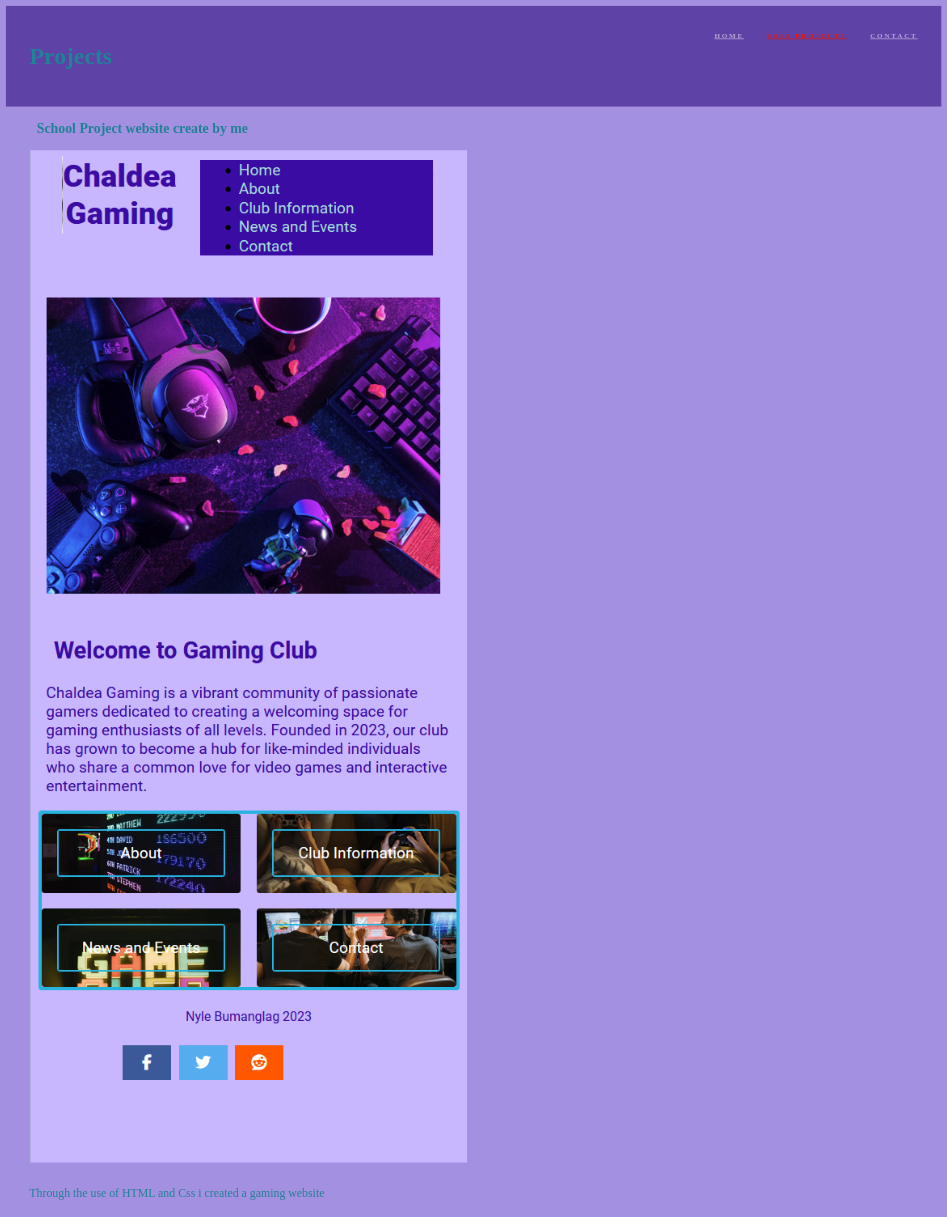
Repository: NyleNC/main
Page: projects.html
These files come from the project's save history. The page is drawn as it stood at one moment and after a run of saves; the edit follows.
The browser window is 1280 px wide. The pictures show the whole page, at 74% of full size.

Above is the page before, as saved 2024-11-07 00:40:34.

After the next 2 saves:
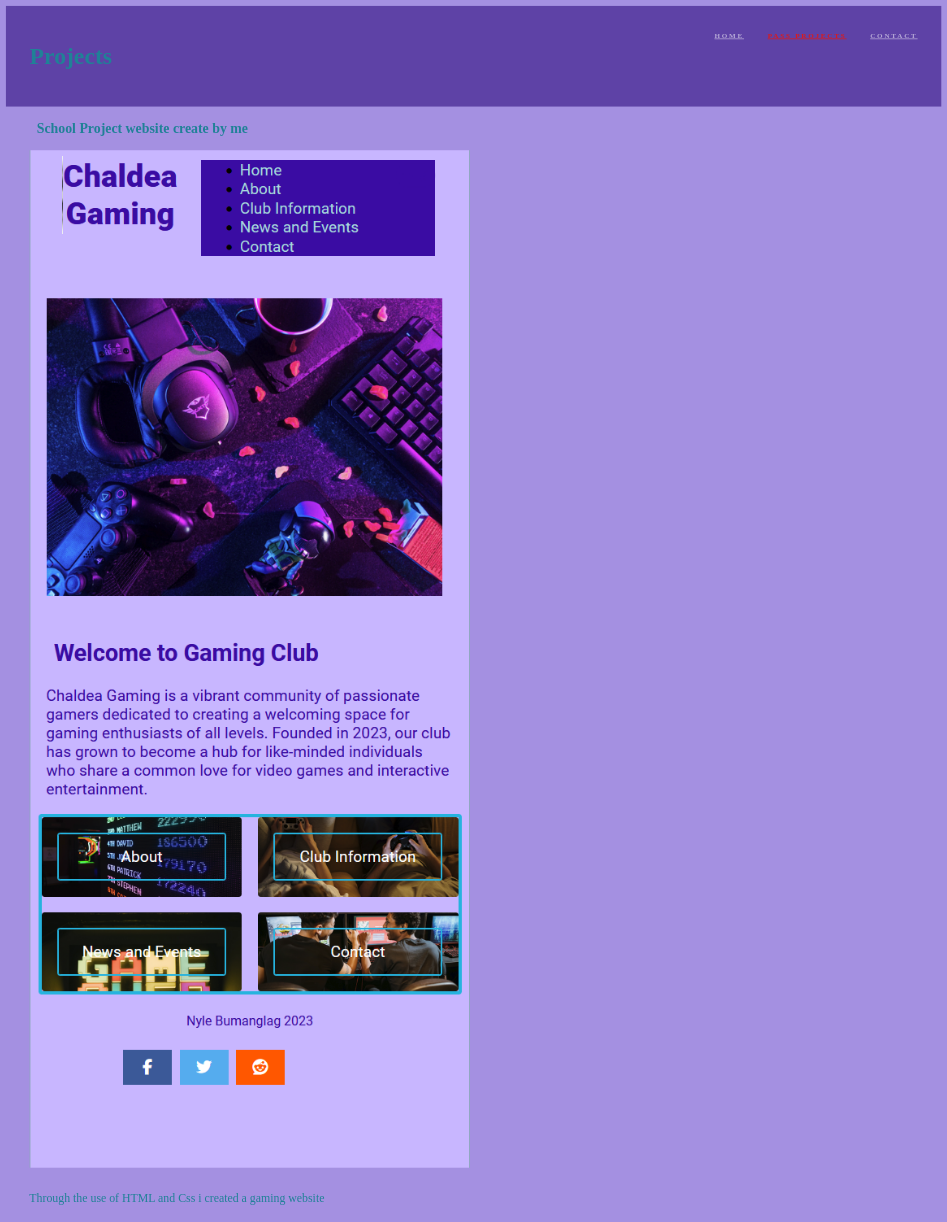
The 2 saves are shown as one change because they came seconds apart.
The last was saved 12 s later.
--- a/style.css
+++ b/style.css
@@ -66,7 +66,7 @@ color: #dd1a1a;
 }
  .container{
     margin: 0 auto;
-    gap: 1em;
+    gap: 10px;
     display: grid;
     grid-template-columns:  1fr 1fr;
 	width: 95%;
